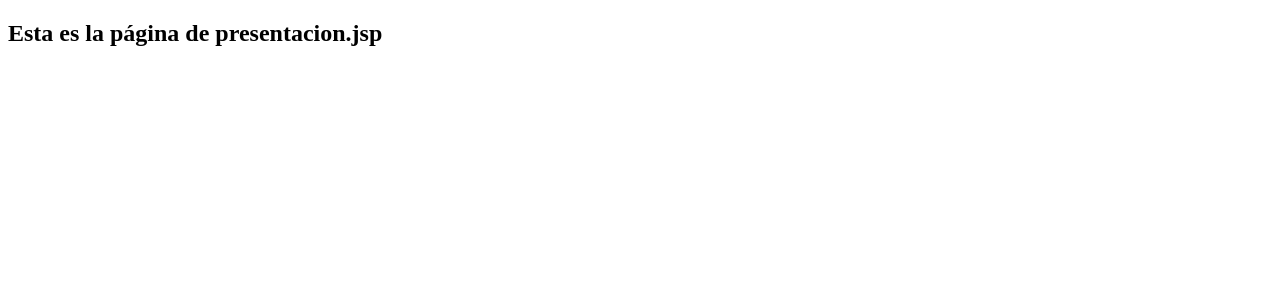
Repository: borispacex/javaee-projects
Page: http://localhost/Java_Web/presentacion.jsp
These files come from the project's save history. The page is drawn as it stood at one moment and after the next save; the edit follows.
The browser window is 1280 px wide. The pictures show the whole page.
The page is served by Tomcat 9.

Above is the page before, as saved 2023-05-08 17:53:40.

After the next save:
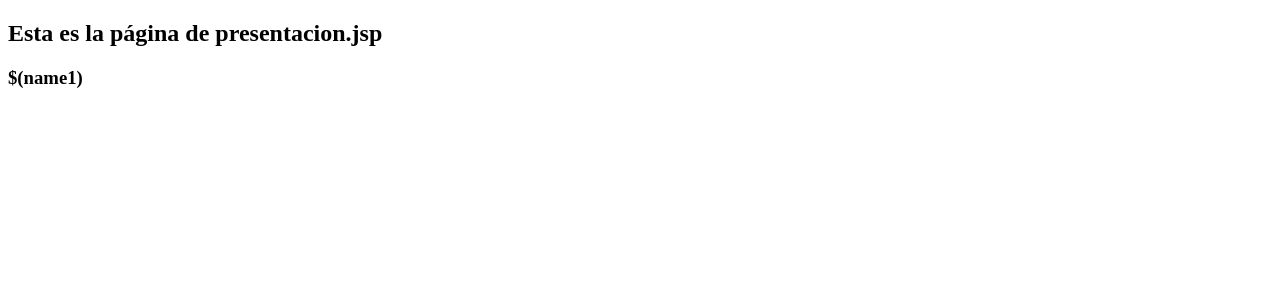
Saved 42 s later.
--- a/Java_Web/WebContent/presentacion.jsp
+++ b/Java_Web/WebContent/presentacion.jsp
@@ -8,5 +8,8 @@
 </head>
 <body>
 	<h2>Esta es la página de presentacion.jsp</h2>
+	<h3>
+		$(name1)
+	</h3>
 </body>
 </html>
